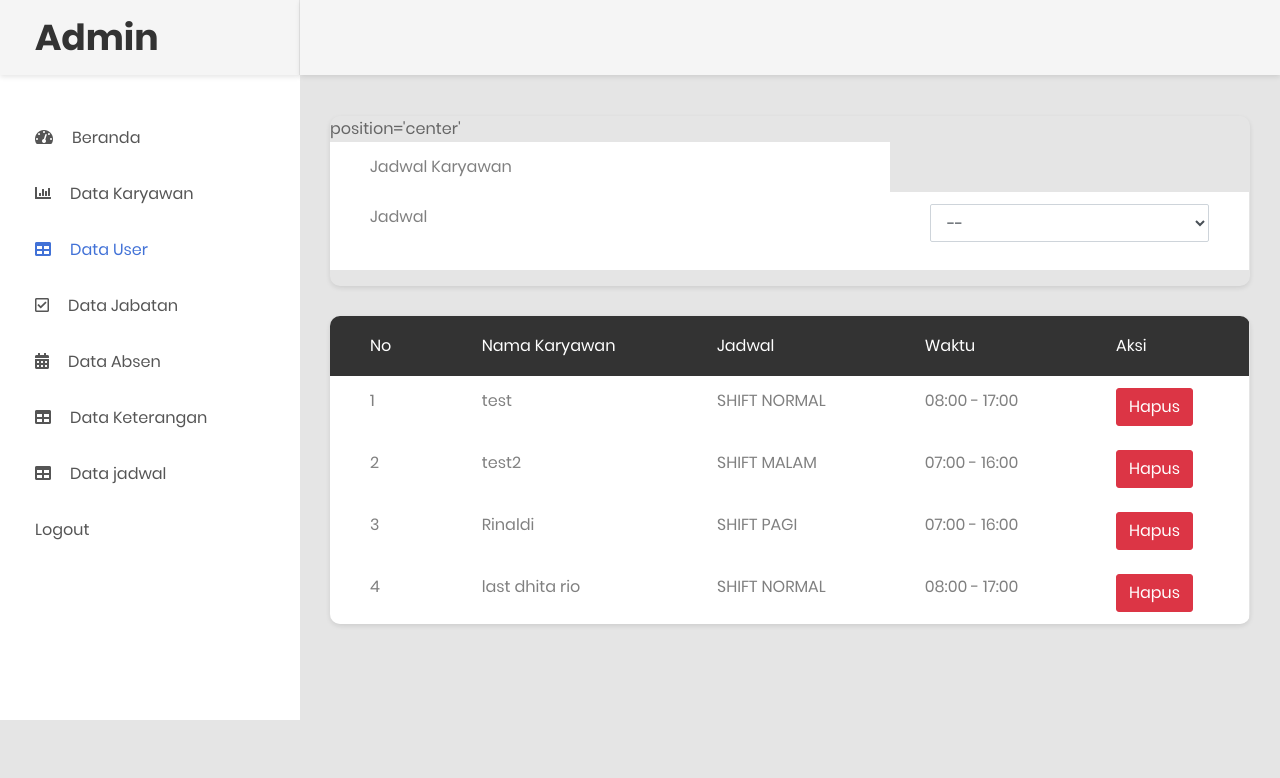
Repository: naldi23bob/Absen2
Page: http://localhost/datajadwal.php
An editor plug-in stored every save of this project. The page is shown before and after the next save, followed by the edit.
The browser window is 1280 px wide. The pictures show the whole page.
The page is run by PHP 8.4 with error messages shown; the project is at /var/www/html/. The session is filled in as if someone had signed in: {"idsi": 2, "namasi": "admin", "ttlsi": 1, "jenkelsi": 1, "agamasi": 1, "alamatsi": 1, "teleponsi": 1, "jabatansi": 1, "schedulesi": 1, "fotosi": 1, "username": "admin"}. Other server files are loaded and not shown. The database holds what the project's SQL file puts in it.

Above is the page before, as saved 2023-07-23 16:15:49.

### datajadwal.php
<?php
require_once("koneksi.php");
error_reporting(0);
 ?>
<!DOCTYPE html>
<html lang="en">

<head>
    <link rel="stylesheet" href="https://maxcdn.bootstrapcdn.com/bootstrap/4.5.2/css/bootstrap.min.css">
    <script src="https://ajax.googleapis.com/ajax/libs/jquery/3.5.1/jquery.min.js"></script>
    <script src="https://cdnjs.cloudflare.com/ajax/libs/popper.js/1.16.0/umd/popper.min.js"></script>
    <script src="https://maxcdn.bootstrapcdn.com/bootstrap/4.5.2/js/bootstrap.min.js"></script>
    <!-- Required meta tags-->
    <meta charset="UTF-8">
    <meta name="viewport" content="width=device-width, initial-scale=1, shrink-to-fit=no">
    <link rel="icon" href="assets/employee.png" type="image/png">

    <!-- Title Page-->
    <title>Data Hadwal</title>

    <!-- Fontfaces CSS-->
    <link rel="stylesheet" type="text/css" href="css/bootstrap.css" media="all">
    <link href="css/font-face.css" rel="stylesheet" media="all">
    <link href="vendor/font-awesome-4.7/css/font-awesome.min.css" rel="stylesheet" media="all">
    <link href="vendor/font-awesome-5/css/fontawesome-all.min.css" rel="stylesheet" media="all">
    <link href="vendor/mdi-font/css/material-design-iconic-font.min.css" rel="stylesheet" media="all">

    <!-- Bootstrap CSS-->
    <link href="vendor/bootstrap-4.1/bootstrap.min.css" rel="stylesheet" media="all">

    <!-- Vendor CSS-->
    <link href="vendor/animsition/animsition.min.css" rel="stylesheet" media="all">
    <link href="vendor/bootstrap-progressbar/bootstrap-progressbar-3.3.4.min.css" rel="stylesheet" media="all">
    <link href="vendor/wow/animate.css" rel="stylesheet" media="all">
    <link href="vendor/css-hamburgers/hamburgers.min.css" rel="stylesheet" media="all">
    <link href="vendor/slick/slick.css" rel="stylesheet" media="all">
    <link href="vendor/select2/select2.min.css" rel="stylesheet" media="all">
    <link href="vendor/perfect-scrollbar/perfect-scrollbar.css" rel="stylesheet" media="all">

    <!-- Main CSS-->
    <link href="css/theme.css" rel="stylesheet" media="all">
    <!-- Script -->
    <script src="https://ajax.googleapis.com/ajax/libs/jquery/3.5.1/jquery.min.js"></script>
  <script src="https://cdnjs.cloudflare.com/ajax/libs/popper.js/1.16.0/umd/popper.min.js"></script>
  <script src="https://maxcdn.bootstrapcdn.com/bootstrap/4.5.2/js/bootstrap.min.js"></script>
    <!-- end script-->
</head>

<body class="animsition">
      <?php
    session_start();
    if (!isset($_SESSION['username'])) {
        header("location: index.php");
    }else {
        $username = $_SESSION['schedule'];
    }

 ?>
    <div class="page-wrapper">
        <!-- HEADER MOBILE-->
        <header class="header-mobile d-block d-lg-none">
            <div class="header-mobile__bar">
                <div class="container-fluid">
                    <div class="header-mobile-inner">
                        <a class="logo" href="index.html">

                        </a>
                        <button class="hamburger hamburger--slider" type="button">
                            <span class="hamburger-box">
                                <span class="hamburger-inner"></span>
                            </span>
                        </button>
                    </div>
                </div>
            </div>
            <nav class="navbar-mobile">
                <div class="container-fluid">
                   <ul class="navbar-mobile__list list-unstyled">
                        <li class="has-sub">
                            <a class="js-arrow" href="admin.php">
                                <i class="fas fa-tachometer-alt"></i>Beranda</a>
                            <ul class="navbar-mobile-sub__list list-unstyled js-sub-list">

                            </ul>
                        </li>
                        <li>
                            <a href="datakaryawan.php">
                                <i class="fas fa-chart-bar"></i>Data Karyawan</a>
                        </li>
                        <li>
                            <a href="datauser.php">
                                <i class="fas fa-table"></i>Data User</a>
                        </li>
                        <li>
                            <a href="datajabatan.php">
                                <i class="far fa-check-square"></i>Data Jabatan</a>
                        </li>
                        <li>
                            <a href="data_absen.php">
                                <i class="fas fa-calendar-alt"></i>Data Absen</a>
                        </li>
                       <li>
                            <a href="data_keterangan.php">
                                <i class="fas fa-table"></i>Data Keterangan
                            </a>
                        </li>
                        <li>
                        <a href="datajadwal.php">
                                <i class="fas fa-table"></i>Data jadwal
                            </a>
                        </li>


                    </ul>
                </div>
            </nav>
        </header>
        <!-- END HEADER MOBILE-->

        <!-- MENU SIDEBAR-->
        <aside class="menu-sidebar d-none d-lg-block">
            <div class="logo">
                <a href="#">
                    <h1>Admin</h1>
                </a>
            </div>
            <div class="menu-sidebar__content js-scrollbar1">
                <nav class="navbar-sidebar">
                    <ul class="list-unstyled navbar__list">
                        <li>
                            <a class="js-arrow" href="admin.php">
                                <i class="fas fa-tachometer-alt"></i>Beranda</a>

                        </li>
                        <li>
                            <a href="datakaryawan.php">
                                <i class="fas fa-chart-bar"></i>Data Karyawan</a>
                        </li>
                        <li  class="active has-sub">
                            <a href="datause.php">
                                <i class="fas fa-table"></i>Data User</a>
                        </li>
                        <li>
                            <a href="datajabatan.php">
                                <i class="far fa-check-square"></i>Data Jabatan</a>
                        </li>
                        <li>
                            <a href="data_absen.php">
                                <i class="fas fa-calendar-alt"></i>Data Absen</a>
                        </li>
                        <li>
                            <a href="data_keterangan.php">
                                <i class="fas fa-table"></i>Data Keterangan
                            </a>
                        </li>
                        <li>
                        <a href="datajadwal.php">
                                <i class="fas fa-table"></i>Data jadwal
                            </a>
                        </li>

                        <li>
                            <a href="logout.php">Logout</a>
                        </li>
                    </ul>
                </nav>
            </div>
        </aside>
        <!-- END MENU SIDEBAR-->

        <!-- PAGE CONTAINER-->
        <div class="page-container">
            <!-- HEADER DESKTOP-->
            <header class="header-desktop">
                <div class="section__content section__content--p30">
                    <div class="container-fluid">
                        <div class="header-wrap">


                        </div>
                    </div>
                </div>
            </header>
            <!-- END HEADER DESKTOP-->

            <!-- MAIN CONTENT-->

            <div class="main-content">
                <div class="section__content section__content--p30">
                    <div class="container-fluid">
                        <div class="row">
                           <div class="table-responsive table--no-card m-b-30">
                            <form action="admin/admin_save.php" method="post">
                                <div class="form-group">
                                <table class="table table-borderless table-striped table-earning" >
                                        position='center' <td>Jadwal Karyawan </td>
                                        </td>
                                        </td>
                                        <tbody>
                                        <td>Jadwal</td>
                                                <td>
                                                    <div class="form-group">
                                                    <select class="form-control" required="tb_schedule" name="">
                                                        <option>--</option>
                                                        <option>1</option>
                                                        <option>2</option>
                                                        <option>3</option>
                                                        <option>4</option>
                                                        <option>5</option>
                                                        <option>6</option>
                                                    </select>
                                                    </div>

                                                </td>
<!--

                                            <tr>
                                                <td>Nama Jadwal</td>
                                                <td>

                                                <input type="text" class="form-control" name="code" required>

                                            </td>
                                            </tr>

                                            <tr>
                                                <td>Waktu</td>
                                                <td>

                                                <input type="text" class="form-control" name="in_out" required>

                                            </td>
                                            </tr>



                                            <tr>
                                                <td><button type="submit" name="simpan" class="btn btn-primary">Simpan</button></td>
                                                <td><input type="reset" name="" value="Batal" class="btn btn-danger"></td>
                                            </tr>
                                             -->
                                      </tbody>
                                    </table>
                                        </div>
                            </form>

                                </div>
                        </div>

                        <div class="row">

                                <div class="table-responsive table--no-card m-b-30">
                                    <table class="table table-borderless table-striped table-earning">
                                        <thead>
                                            <tr>
                                                <th>No</th>
                                                <th>Nama Karyawan</th>
                                                <th>Jadwal</th>
                                                <th>Waktu</th>
                                                <th>Aksi</th>

                                            </tr>
                                        </thead>
                                        <?php
                                            include 'koneksi.php';
                                            $sql = "SELECT * FROM tb_schedule JOIN tb_karyawan on id=schedule where schedule !=0";
                                            $query = mysqli_query($koneksi, $sql);

                                            $no = 1;
                                            while ($row = mysqli_fetch_array($query)) {


                                         ?>
                                        <tbody>
                                            <tr>
                                                <td><?php echo $no ?></td>
                                                <td><?php echo $row['nama']; ?></td>
                                                <td><?php echo $row['code']; ?></td>
                                                <td><?php echo $row['in_out']; ?></td>



                                                </td>
                                                <td> <a href="admin/jadwal_hapus.php?id=<?php echo $row['id']; ?>"><button class="btn btn-danger" onclick="return confirm('yakin ingin dihapus?');">Hapus</button></a></td>



                                            </tr>
                                           <?php
                                           $no++;
                                       }

                                            ?>
                                        </tbody>
                                    </table>
                                </div>
                            </div>

            <!-- Modal -->

            <!-- End Modal -->
                        <div class="row">
                            <div class="col-lg-6">
                            </div>
                            <div class="col-lg-6">
                            </div>
                        </div>
                        <div class="row">
                            <div class="col-md-12">
                            </div>
                        </div>
                        <div class="row m-t-30">
                            <div class="col-md-12">
                            </div>
                        </div>


                </div>
            </div>
        </div>

    </div>

    <!-- Jquery JS-->
    <script src="vendor/jquery-3.2.1.min.js"></script>
    <!-- Bootstrap JS-->
    <script src="vendor/bootstrap-4.1/popper.min.js"></script>
    <script src="vendor/bootstrap-4.1/bootstrap.min.js"></script>
    <!-- Vendor JS       -->
    <script src="vendor/slick/slick.min.js">
    </script>
    <script src="vendor/wow/wow.min.js"></script>
    <script src="vendor/animsition/animsition.min.js"></script>
    <script src="vendor/bootstrap-progressbar/bootstrap-progressbar.min.js">
    </script>
    <script src="vendor/counter-up/jquery.waypoints.min.js"></script>
    <script src="vendor/counter-up/jquery.counterup.min.js">
    </script>
    <script src="vendor/circle-progress/circle-progress.min.js"></script>
    <script src="vendor/perfect-scrollbar/perfect-scrollbar.js"></script>
    <script src="vendor/chartjs/Chart.bundle.min.js"></script>
    <script src="vendor/select2/select2.min.js">
    </script>

    <!-- Main JS-->
    <script src="js/main.js"></script>

</body>

</html>
<!-- end document-->

### koneksi.php
<?php
// Inisiasi Database
// Silakan sesuaikan dengan detail database Anda
$server = "localhost";
$username = "root";
$password = "";
$database = "absen";

// Membuat koneksi
$koneksi = mysqli_connect($server, $username, $password, $database);

// Mengecek koneksi
if (mysqli_connect_errno()) {
	echo "Koneksi Ke Database Gagal!" . mysql_connect_error();
}
?>

### db/absen.sql (the tables this page reads)
CREATE TABLE `tb_karyawan` (
  `id_karyawan` int(11) NOT NULL,
  `password` varchar(50) NOT NULL,
  `nama` varchar(255) NOT NULL,
  `tmp_tgl_lahir` varchar(255) NOT NULL,
  `jenkel` varchar(255) NOT NULL,
  `agama` varchar(255) NOT NULL,
  `alamat` text NOT NULL,
  `no_tel` varchar(18) NOT NULL,
  `jabatan` varchar(255) NOT NULL,
  `foto` varchar(50) NOT NULL,
  `schedule` int(11) DEFAULT NULL,
  `jadwal` varchar(50) DEFAULT NULL
) ENGINE=InnoDB DEFAULT CHARSET=utf8mb4;

INSERT INTO `tb_karyawan` (`id_karyawan`, `password`, `nama`, `tmp_tgl_lahir`, `jenkel`, `agama`, `alamat`, `no_tel`, `jabatan`, `foto`, `schedule`, `jadwal`) VALUES
(1234, '81dc9bdb52d04dc20036dbd8313ed055', 'test', 'test', 'Laki-laki', 'Islam', 'teset', '000003030', 'CEO', '10072023103648tempsnip.png', 1, 'SHIFT NORMAL  ( 08:00 - 17:00 )'),
(12345678, '81dc9bdb52d04dc20036dbd8313ed055', 'test2', 'gfgdfgfd', 'Laki-laki', 'Islam', 'gfgdgdfgd', '143423424', 'Admin Lokasi', '23072023105730InkedWhatsApp Image 2022-06-16 at 10', 4, 'SHIFT NORMAL  ( 08:00 - 17:00 )'),
(17190780, '25d55ad283aa400af464c76d713c07ad', 'Rinaldi', 'jakarta', 'Laki-laki', 'Islam', 'jl. Kramat pulo ', '081316577895', 'CEO', '180620231420141627886129274.jpg', 2, 'SHIFT NORMAL  ( 08:00 - 17:00 )'),
(17190781, '25d55ad283aa400af464c76d713c07ad', 'last dhita rio', 'jakarta, 1-01-2001', 'Laki-laki', 'Islam', 'kemayoran lama', '123321123', 'Operator', '22062023103814601d4b4f871700de446276a2ea5901ea.jpg', 1, 'SHIFT NORMAL  ( 08:00 - 17:00 )');

ALTER TABLE `tb_karyawan`
  ADD PRIMARY KEY (`id_karyawan`),
  ADD KEY `jabatan` (`jabatan`(191));

CREATE TABLE `tb_schedule` (
  `id` int(10) UNSIGNED NOT NULL,
  `code` varchar(100) NOT NULL,
  `in_out` varchar(50) NOT NULL DEFAULT ''
) ENGINE=InnoDB DEFAULT CHARSET=utf8mb4;

INSERT INTO `tb_schedule` (`id`, `code`, `in_out`) VALUES
(1, 'SHIFT NORMAL', '08:00 - 17:00'),
(2, 'SHIFT PAGI', '07:00 - 16:00'),
(3, 'SHIFT SIANG', '07:00 - 16:00'),
(4, 'SHIFT MALAM', '07:00 - 16:00');

ALTER TABLE `tb_schedule`
  ADD PRIMARY KEY (`id`);

ALTER TABLE `tb_schedule`
  MODIFY `id` int(10) UNSIGNED NOT NULL AUTO_INCREMENT, AUTO_INCREMENT=5;

Loaded but not shown: css/bootstrap.css (library); css/theme.css (library); js/main.js (1673 lines, source omitted); css/font-face.css (234 lines, source omitted)

After the next save:
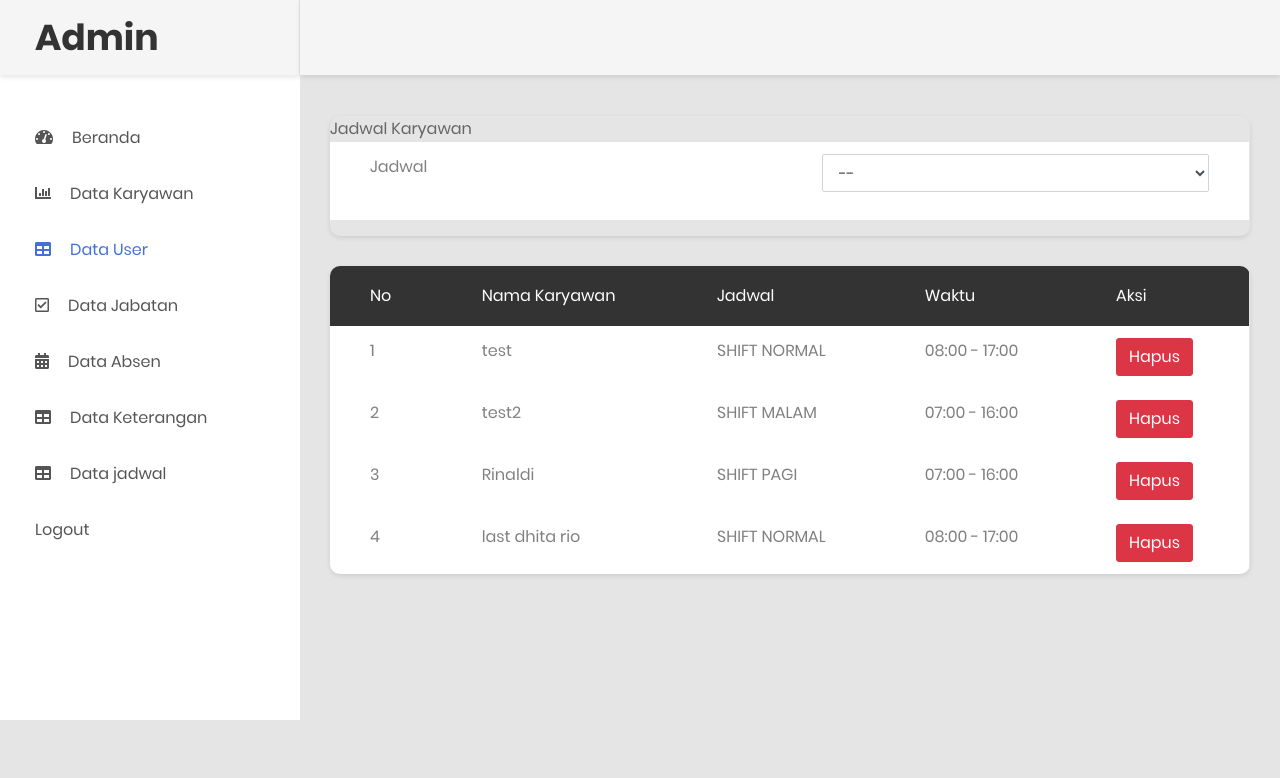
Saved 19 s later.
--- a/datajadwal.php
+++ b/datajadwal.php
@@ -193,7 +193,7 @@ error_reporting(0);
                             <form action="admin/admin_save.php" method="post">
                                 <div class="form-group">
                                 <table class="table table-borderless table-striped table-earning" >
-                                        position='center' <td>Jadwal Karyawan </td>
+                                        Jadwal Karyawan
                                         </td>
                                         </td>
                                         <tbody>
